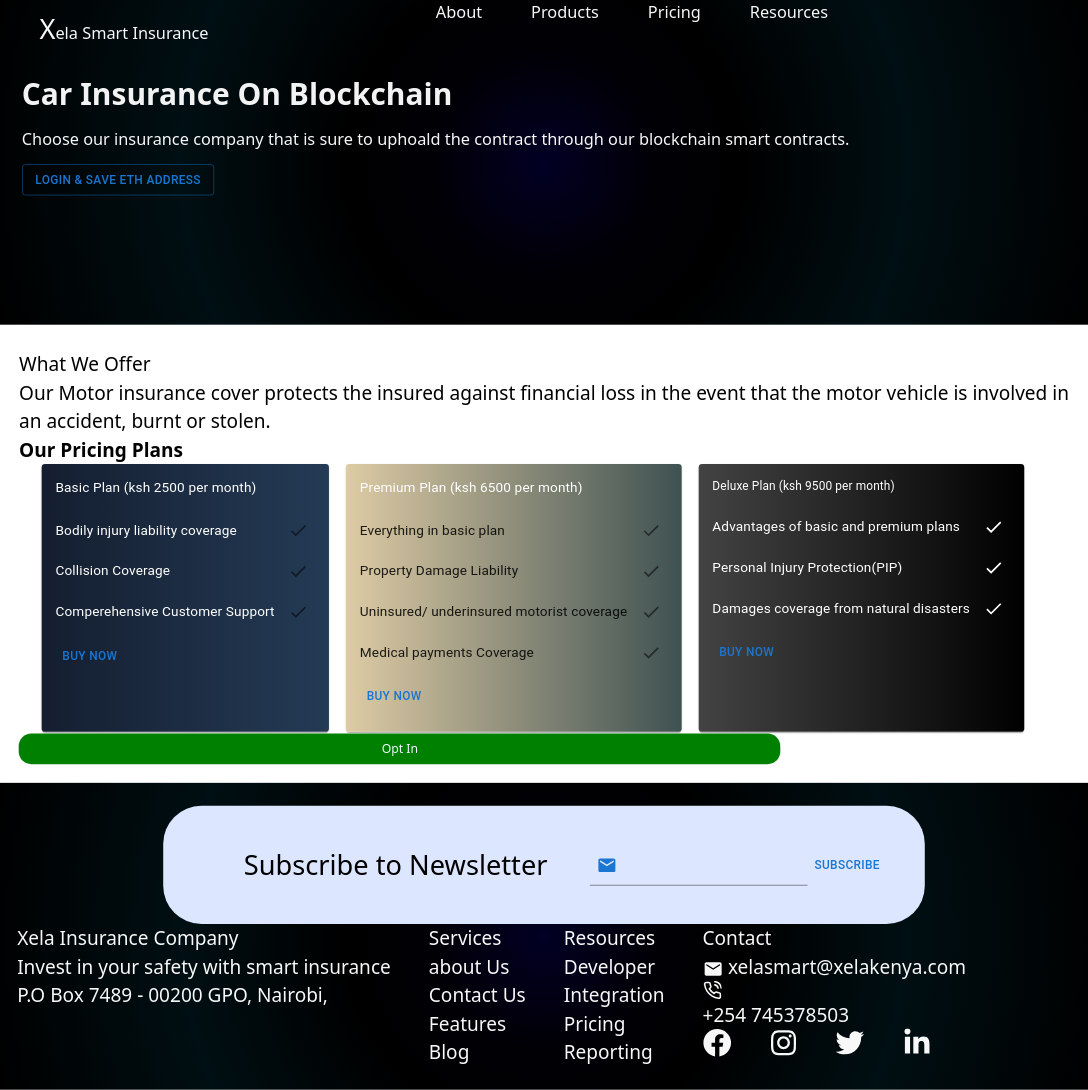
Repository: ALVIN-OBONYO/Xela-smart_insuarance
Page: / (app in frontend/)
An editor plug-in stored every save of this project. The page is shown before and after the next save, followed by the edit.
The browser window is 1280 px wide. The pictures show the whole page, at 85% of full size.
The project was rebuilt for these pictures with package versions that can differ from the ones it lists, and the page was loaded fresh each time. Also part of the build but not shown: frontend/src/Pages/Policies.jsx, frontend/src/Components/Calendar.css, frontend/src/Components/Calendar.jsx, frontend/src/Components/Input.js, frontend/src/Components/Upload.css, frontend/src/Components/Upload.js, frontend/src/Pages/ReportForm.jsx, frontend/src/Pages/Report.jsx and 2 more.

Above is the page before, as saved 2022-10-04 08:38:38.

### frontend/public/index.html
<!DOCTYPE html>
<html lang="en">
  <head>
    <meta charset="utf-8" />
    <link rel="icon" href="%PUBLIC_URL%/favicon.ico" />
    <meta name="viewport" content="width=device-width, initial-scale=1" />
    <meta name="theme-color" content="#000000" />
    <meta
      name="description"
      content="Web site created using create-react-app"
    />
    <link rel="apple-touch-icon" href="%PUBLIC_URL%/logo192.png" />
    <!--
      manifest.json provides metadata used when your web app is installed on a
      user's mobile device or desktop. See https://developers.google.com/web/fundamentals/web-app-manifest/
    -->
    <link rel="manifest" href="%PUBLIC_URL%/manifest.json" />
    <!--
      Notice the use of %PUBLIC_URL% in the tags above.
      It will be replaced with the URL of the `public` folder during the build.
      Only files inside the `public` folder can be referenced from the HTML.

      Unlike "/favicon.ico" or "favicon.ico", "%PUBLIC_URL%/favicon.ico" will
      work correctly both with client-side routing and a non-root public URL.
      Learn how to configure a non-root public URL by running `npm run build`.
    -->
    <title>React App</title>
  </head>
  <body>
    <noscript>You need to enable JavaScript to run this app.</noscript>
    <link
    href="https://unpkg.com/tailwindcss@^1.0/dist/tailwind.min.css"
    rel="stylesheet"
  />
  <script
    src="https://cdnjs.cloudflare.com/ajax/libs/web3/1.6.1/web3.min.js"
    integrity="sha512-5erpERW8MxcHDF7Xea9eBQPiRtxbse70pFcaHJuOhdEBQeAxGQjUwgJbuBDWve+xP/u5IoJbKjyJk50qCnMD7A=="
    crossorigin="anonymous"
    referrerpolicy="no-referrer"
  ></script>
    <div id="root"></div>
    <!--
      This HTML file is a template.
      If you open it directly in the browser, you will see an empty page.

      You can add webfonts, meta tags, or analytics to this file.
      The build step will place the bundled scripts into the <body> tag.

      To begin the development, run `npm start` or `yarn start`.
      To create a production bundle, use `npm run build` or `yarn build`.
    -->
  </body>
</html>

### frontend/src/index.js
import React from 'react';
import ReactDOM from 'react-dom/client';
import './index.css';
import App from './App';
import reportWebVitals from './reportWebVitals';
import { BrowserRouter } from 'react-router-dom';
const root = ReactDOM.createRoot(document.getElementById('root'));
root.render(
  <React.StrictMode>
     <BrowserRouter>
       <App />
    </BrowserRouter>
  </React.StrictMode>
);

// If you want to start measuring performance in your app, pass a function
// to log results (for example: reportWebVitals(console.log))
// or send to an analytics endpoint. Learn more: https://bit.ly/CRA-vitals
reportWebVitals();

### frontend/src/App.jsx
import './App.css';
import RoutePages from './Components/RoutePages';

function App() {
  return (
    <div className="App">
      <RoutePages/>
    </div>
  );
}

export default App;

### frontend/src/Components/RoutePages.jsx
import React from 'react'
import { Routes, Route} from 'react-router-dom'
import EntryPage from '../Pages/Entrypage'
import PolicyMaker from '../Pages/Policies'
import ReportForm from '../Pages/ReportForm'
import Report from '../Pages/Report'
import ReportInfo from '../Pages/ReportInfo'
import FormPagination from './FormPagination'
const RoutePages = () => {
    return (


   <Routes>

    <Route exact path="/" element={<EntryPage />} />
    <Route path="policy" element={<PolicyMaker />} />

    <Route path="report/2" element={<ReportForm/> } />
    <Route path="report/1" element={<ReportInfo />} />
    <Route path="report/*" element={<FormPagination />} />

   </Routes>


    )
}

export default RoutePages

### frontend/src/Pages/Entrypage.jsx
import React, {useState, useRef} from 'react'
import "../Components/Navbar.css"
import { FaTimes, FaBars, FaInstagram, FaTwitter, FaLinkedinIn, FaFacebook, } from 'react-icons/fa'
import {FiPhoneCall} from 'react-icons/fi'
import { Link} from 'react-router-dom'
import { loginWithEth } from '../Services/LoginWithEth'
import { truncateAddress } from '../Services/TruncateAddress'
import Web3 from 'web3'
import { getContractSymbol } from '../Services/Contract'
import TextField from '@mui/material/TextField'
import Button from "@mui/material/Button"
import FormGroup from "@mui/material/FormGroup"
import PlanCard from "../Components/Cards"
import EmailIcon from "@mui/icons-material/Email"
import { IconButton, InputAdornment } from '@mui/material'
import Typography from '@mui/material/Typography'
const Entrypage = () => {
        const [navButton, setNavButton] = useState(false)
        const [policy, setPolicy] = useState("")
        const switchNavState = () => setNavButton(!navButton)
        const buttonLogout = useRef(null)
        const yourAddress = useRef()
        window.userAddress = null



        window.onload = async () => {
            if (window.ethereum) {
                window.web3 = new Web3(window.ethereum)
            } else {
                alert("No ETH browser extension detected.")
            }
        }

        function showAddress() {
          if (!window.userAddress) {
            yourAddress.current.innerText = ""
            buttonLogout.current.classList.add("hidden")
             return false
        }

        yourAddress.innerText = `ETH Address: ${truncateAddress(window.userAddress)}`
        buttonLogout.classList.remove("hidden")
    }

         function logout() {
            window.userAddress = null
            window.localStorage.removeItem(buttonLogout)
            showAddress()
}

    return (
        <>
        <header>
        <nav id="my-nav">
        <h1 className='brand'><span className='X'>X</span>ela Smart Insurance</h1>
        <div className='toogleNav' onClick={switchNavState} >{navButton ?
        <div id="bars">

            <FaBars size="2.5em"/>
            </div> :
            <div className = "navflex">
            <div id="times">
                <FaTimes />
                </div>
            <h4>About</h4>
            <h4>Products</h4>
            <h4>Pricing</h4>
            <h4>Resources</h4>
            </div>

}
        </div>
        <div className='nav-section'>
            <h4>About</h4>
            <h4>Products</h4>
            <h4>Pricing</h4>
            <h4>Resources</h4>
        </div>
        </nav>
        <section className="top-descr" id='top'>
            <h1 id="top-h3">Car Insurance On Blockchain</h1>
            <p id="top-pg">Choose our insurance company that is sure to uphoald the contract through our blockchain smart contracts.</p>
            <div id="policy-sec">
                {/* <FormGroup row >
               <TextField
                variant="outlined"
                placeholder='Enter your policy number'
                sx={{
                    borderRadius: 0,
                    padding: 0
                }}
                />
                <Button variant="contained" sx={{
                    borderRadius: 0,
                    padding: "6px"
                }}>Verify</Button>
                    </FormGroup> */}

            <Button variant="outlined" onClick={loginWithEth}>Login & Save ETH Address
                </Button>
                <p id="userAddress" className="text-gray-600" ref={yourAddress}></p>
                <button id="logoutButton" onClick={logout} className="hidden text-blue-500 underline" ref={buttonLogout}>Logout</button>
                           </div>
        </section>
        </header>
        <div className='about-descr' id="descr">
            <h2>What We Offer</h2>
            <p>
            Our Motor insurance cover protects the insured against financial loss in the event that the motor vehicle is involved in an accident, burnt or stolen.</p>

            <p>


<b>Our Pricing Plans</b>
</p>
<PlanCard />
            <Link to="/policy"><button id="buy-policy" onClick={getContractSymbol}>Opt In</button></Link>
        </div>
        <div id="land-footer">
            <div className="news-mail">
                <h2>Subscribe to Newsletter</h2>

                     <TextField
                       variant="standard"
                       id='input-with-icon-textfield'
                       InputProps={{
                        startAdornment: (
                            <InputAdornment position="start">
                                <IconButton edge="end" color='primary'>
                                    <EmailIcon />
                                </IconButton>

                            </InputAdornment>
                        )
                       }}

                       />
                        <Button>Subscribe</Button>


            </div>
            <div className="footer-service">
            <div>
                <h2>Xela Insurance Company</h2>
                <p>Invest in your safety with smart insurance</p>
                <h4>P.O Box 7489 - 00200 GPO, Nairobi,</h4>
            </div>
            <div>
                <h2>Services</h2>
                <ul>
                <li>about Us</li>
                <li>Contact Us</li>
                <li>Features</li>
                <li>Blog</li>
                </ul>
            </div>
            <div>
                <h2>Resources</h2>
                <ul>
                <li>Developer</li>
                <li>Integration</li>
                <li>Pricing</li>
                <li>Reporting</li>
                </ul>
            </div>
            <div>
                <h2>Contact</h2>
                <ul>
                <li><EmailIcon /> xelasmart@xelakenya.com</li>
                <li><FiPhoneCall /> <span>+254 745378503</span></li>
                <li>
                 <div id="social-icons">
                  <FaFacebook size="1.5em"/>
                  <FaInstagram size="1.5em"/>
                  <FaTwitter size="1.5em"/>
                  <FaLinkedinIn size="1.5em"/>
             </div>
                </li>

                </ul>
            </div>

        </div>
        </div>
        </>
    )
}

export default Entrypage

### frontend/src/Components/Navbar.css
nav {
    width: 100vw;
    display: flex;
    justify-content: flex-start;
    align-items: flex-start;
}

.brand {
    flex-grow: 1;
    text-align: start;
    padding-left: 2.9rem;
    margin-top: 0.6rem;
    font-size: 1.2rem;
}

.X {
    font-size: 2rem;

}
.nav-section {
    display: flex;
    flex-grow: 1;
    gap: 3em;
    font-size: 1.2rem;
    padding-right: 2em;
    justify-content: flex-start;
    align-items: center;
}
.top-descr  {
    margin-top: 0;
    padding: 1em;
    text-align: justify;
    font-size: 1.6rem;
    height: 45vh;

}


#descr {
    margin-top: 0.5rem;
    padding: 1em;
    text-align: justify;
    font-size: 1.4rem;

}

#top > h1 {
    font-size: 2.2rem;
    font-weight: 700;
    color: rgba(255, 255, 255, 0.952);
    margin-bottom: 0.4em;

}
header {
    background: rgb(2,0,36);
background: radial-gradient(circle, rgba(2,0,36,1) 0%, rgba(1,0,5,1) 20%, rgba(0,0,0,1) 35%, rgba(0,15,19,1) 64%, rgba(0,0,0,1) 100%);
    color: rgb(248, 248, 248);
}


#top-pg {

    font-size: 1.2rem;
    margin-bottom: 0.9rem;
}
#policy-sec {
    display: flex;
    gap: 0.8em;

}
input[type=text] {
    flex-grow: 1;
    height: 2.5em;
}
#btn-policy {
    background-color: rgb(0, 39, 90);
    flex-grow: 1;
    color: wheat;
    border: none;
    margin-top: 0.8em;
    border-radius: 5px;
    padding: 0.6rem;
    font-size: 1.4rem;
    font-weight: 500;

}
#buy-policy {
    width: 70vw;
    height: 2.5em;
    border: none;
    background-color: #008000;
    color:aliceblue;
    font-size: 0.9rem;
    border-radius: 15px;
}
#social-icons {
    display: flex;
    gap: 2em;
}
#land-footer {
    background: rgb(2,0,36);
    background: radial-gradient(circle, rgba(2,0,36,1) 0%, rgba(1,0,5,1) 20%, rgba(0,0,0,1) 35%, rgba(0,15,19,1) 64%, rgba(0,0,0,1) 100%);
    color: rgb(248, 248, 248);
    position: relative;
    padding: 1.2em  0.9em;
    font-size: 1.4rem;
    /* display: flex;
    justify-content: center;
    align-items: center; */
}

.news-mail {
    display: flex;
    background-color: rgb(220, 230, 255);
    color: rgb(0, 0, 0);
    flex-direction: row;
    flex-wrap: wrap;
    padding: 2em;
    max-width: 70vw;
    border-radius: 2em;
    margin: auto;

}

.news-mail > h2 {
    flex-grow: 1;
    font-size: 2rem;
}

.footer-service {
    display: flex;
    flex-direction: row;
    flex-wrap: wrap;
    gap: 2em;
    text-align: justify;
}
.navflex {
    display: flex;
    flex-direction: column;
    justify-content: center;
    align-items: center;
    gap: 2em;
    background-color: rgba(19, 20, 27, 0.918);
    color: white;
    width: 100vw;
    height: 100vh;
    right: 0;
    top: 0;
    position: absolute;
    text-transform: uppercase;
    /* animation-name: ${navanim}; */
}
@media screen and (max-width: 600px){
   .nav-section {

      display: none;
   }


}

@media screen and (min-width: 600px){
    .toogleNav {
        display: none;
        padding: 1.3em;
    }
}

### frontend/src/Services/LoginWithEth.js
import { showAddress } from "./showAddress";
export async function loginWithEth() {
    if (window.web3) {
        try {
            const selectedAccount = await window.ethereum.request({
                method: "eth_requestAccounts"
            })
            .then((accounts) => accounts[0])
            .catch(() => {
                throw Error("No account selected!")
            })

          window.userAddress = selectedAccount;
          window.localStorage.setItem("userAddress", selectedAccount);
        //   showAddress()
        }
        catch (error) {
            console.error(error)
        }
    } else {
        alert("No ETH browser extension detected.");
    }
}

### frontend/src/Services/TruncateAddress.js
export function truncateAddress(address) {
    if (!address) {
        return "";
    }
    return `${address.substr(0, 5)}...${address.substr(
        address.length - 5,
        address.length
      )}`;
}

### frontend/src/Services/Contract.js
window.ABI = require('./contract-abi.json')
export async function getContractSymbol() {
    const CONTRACT_ADDRESS = "0x1A5b30a61CED9B4D9c209E7F1d2fbD38657f8EB1"

    const contract = new window.web3.eth.Contract(
        window.ABI,
        CONTRACT_ADDRESS
    )

    const symbol = await contract.methods.symbol().call({
        from: window.userAddress    })

    alert(`Contract ${CONTRACT_ADDRESS} Symbol: ${symbol}`);
}

### frontend/src/Components/Cards.jsx
import * as React from 'react'
import Box from '@mui/material/Box'
import Card from '@mui/material/Card'
import CardActions from '@mui/material/CardActions'
import CardContent from '@mui/material/CardContent'
import Button from '@mui/material/Button'
import Typography from '@mui/material/Typography'
import {MdDone} from 'react-icons/md'
import List from '@mui/material/List'
import ListItem from '@mui/material/ListItem'
import ListItemText from '@mui/material/ListItemText'
import  IconButton  from '@mui/material/IconButton'

const planValues = [
    {id: 1, text: "Bodily injury liability coverage"},
    {id: 2, text: "Collision Coverage"},
    {id: 3, text: "Comperehensive Customer Support"}

]

const premium = [
    {id: 1, text: "Everything in basic plan"},
    {id: 2, text: "Property Damage Liability"},
    {id: 3, text: "Uninsured/ underinsured motorist coverage"},
    {id: 3, text: "Medical payments Coverage"},
]

const deluxe = [
    {id: 1, text: "Advantages of basic and premium plans"},
    {id: 2, text: "Personal Injury Protection(PIP)"},
    {id: 3, text: "Damages coverage from natural disasters"},

]
const PlanCard = () => {
    return (
        <Box sx={{ display: "flex", mx: "1.2em", flexDirection: "row", flexWrap: "wrap", gap: "0.9em"}}>
        <Card sx={{background: 'linear-gradient(to right, #141e30, #243b55)', color: 'white'}}>
        <CardContent>
            <Typography sx={{ fontSize: 16}} color="text.primary             " gutterBottom>
                Basic Plan   (ksh 2500 per month)
            </Typography>
            <List sx={{ width: '100%'}}>
                {planValues.map((elem)=> (
                <ListItem key={elem.id} disableGutters secondaryAction={
                    <IconButton>
                        <MdDone />
                    </IconButton>
                }>
                <ListItemText primary={elem.text} />
                </ListItem>
                ))}
            </List>
            <Button>Buy Now</Button>
        </CardContent>
        </Card>
        <Card sx={{background: "linear-gradient(to right, #DECBA4, #3E5151)"}}>
        <CardContent>
            <Typography sx={{ fontSize: 16}} color="white" gutterBottom>
                Premium Plan   (ksh 6500 per month)
            </Typography>
            <List sx={{ width: '100%'}}>
                {premium.map((elem)=> (
                <ListItem key={elem.id} disableGutters secondaryAction={
                    <IconButton>
                        <MdDone />
                    </IconButton>
                }>
                <ListItemText primary={elem.text} />
                </ListItem>
                ))}
            </List>
            <Button>Buy Now</Button>
        </CardContent>
        </Card>
        <Card sx={{background: "linear-gradient(to right, #434343 0%, black 100%)", color: "white"}}>
        <CardContent>
            <Typography sx={{ fontSize: 14}} color="white" gutterBottom>
                Deluxe Plan   (ksh 9500 per month)
            </Typography>
            <List sx={{ width: '100%'}}>
                {deluxe.map((elem)=> (
                <ListItem key={elem.id} disableGutters secondaryAction={
                    <IconButton>
                        <MdDone color="white"/>
                    </IconButton>
                }>
                <ListItemText primary={elem.text} />
                </ListItem>
                ))}
            </List>
            <Button>Buy Now</Button>
        </CardContent>
        </Card>
        </Box>
    )
}

export default PlanCard

Loaded but not shown: frontend/src/index.css (common file); frontend/src/reportWebVitals.js (common file); frontend/src/App.css (common file); frontend/src/Services/contract-abi.json (501 lines, source omitted); frontend/src/Services/showAddress.js (no stored copy; drawn as an empty file)

After the next save:
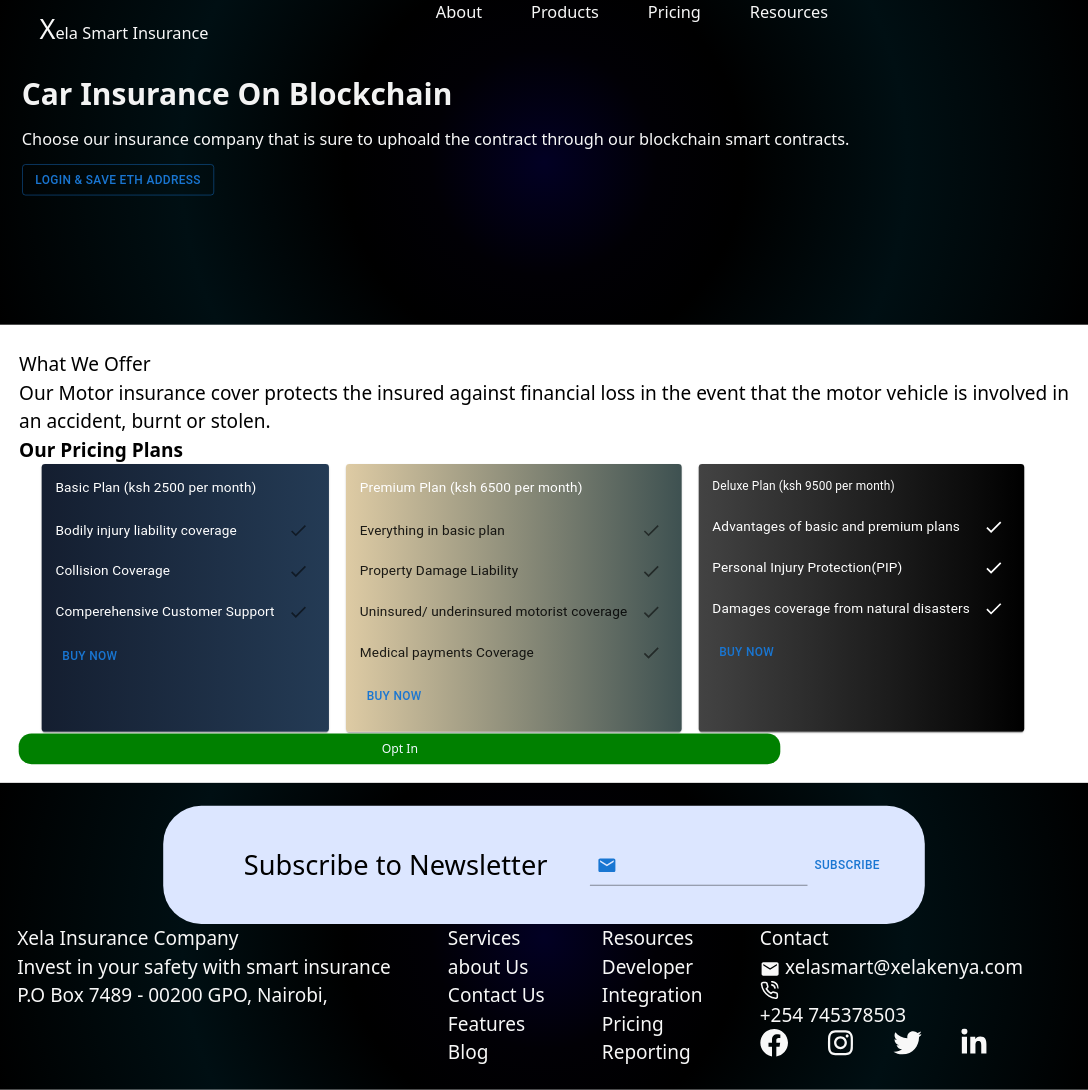
Saved 52 s later.
--- a/frontend/src/Components/Navbar.css
+++ b/frontend/src/Components/Navbar.css
@@ -131,7 +131,7 @@ input[type=text] {
     display: flex;
     flex-direction: row;
     flex-wrap: wrap;
-    gap: 2em;
+    gap: 3em;
     text-align: justify;
 }
 .navflex {
